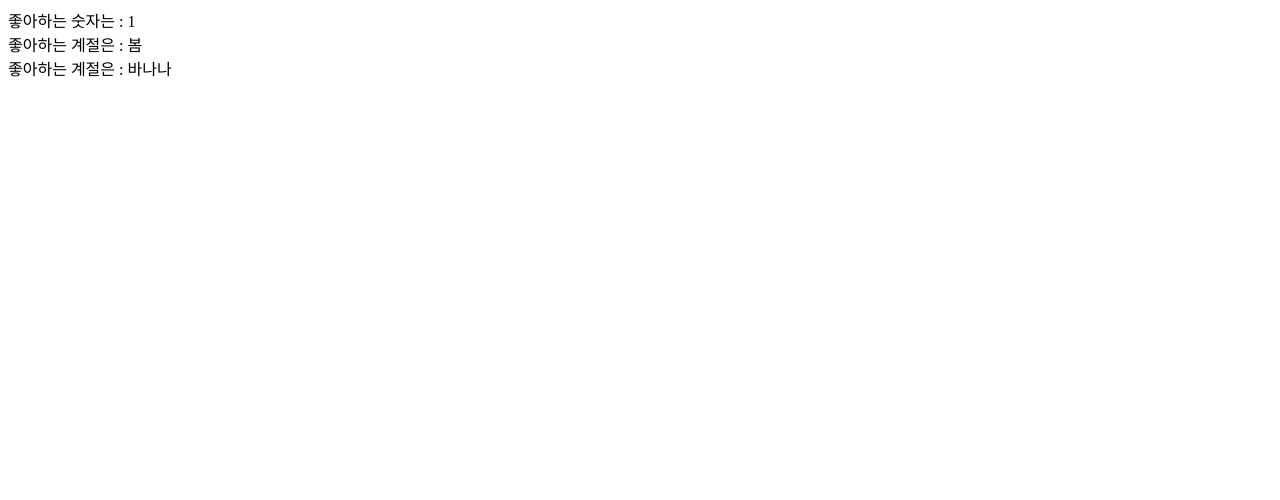
Repository: percussion8/jsp-servlet
Page: http://localhost/basic1007_1/array.jsp
The author's editor kept a copy of each file at every save. The page is drawn from the files as they stood at one save, then again after the next save.
The browser window is 1280 px wide. The pictures show the whole page.
The page is served by Tomcat 9.

Above is the page before, as saved 2020-10-08 08:49:47.

### basic1007_1/WebContent/array.jsp
<%@ page language="java" contentType="text/html; charset=UTF-8"
    pageEncoding="UTF-8"%>


<%

	int number[] = {1,2,3,4,5,6,7,8,9,10};
	String[] season = {"봄", "여름", "가을", "겨울"}; //문자열 배열 생성과
	// 동시에 초기화
	// 배열의 객체를 생성한 후 인덱스를 이용하여 각 배열 요소에 값을 대입
	String[] fruit = new String[3];
	fruit[0] = "바나나";
	fruit[1] = "사과";
	fruit[2] = "멜론";
	out.print("좋아하는 숫자는 : " + number[0]+ "<br>");
	out.print("좋아하는 계절은 : " + season[0]+ "<br>");
	out.print("좋아하는 계절은 : " + fruit[0]+ "<br>");

%>

After the next save:
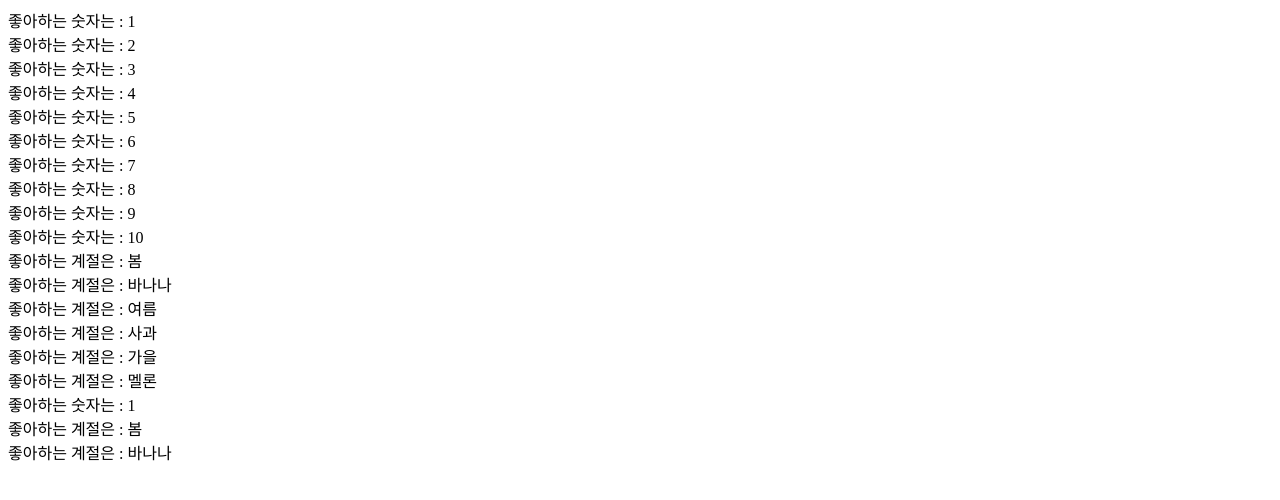
Saved 112 s later.
--- a/basic1007_1/WebContent/array.jsp
+++ b/basic1007_1/WebContent/array.jsp
@@ -12,6 +12,13 @@
 	fruit[0] = "바나나";
 	fruit[1] = "사과";
 	fruit[2] = "멜론";
+	for(int i = 0; i< number.length; i++) {
+		out.print("좋아하는 숫자는 : " + number[i]+ "<br>");
+	}
+	for(int i = 0; i<3; i++) {
+		out.print("좋아하는 계절은 : " + season[i]+ "<br>");
+		out.print("좋아하는 계절은 : " + fruit[i]+ "<br>");
+	}
 	out.print("좋아하는 숫자는 : " + number[0]+ "<br>");
 	out.print("좋아하는 계절은 : " + season[0]+ "<br>");
 	out.print("좋아하는 계절은 : " + fruit[0]+ "<br>");
